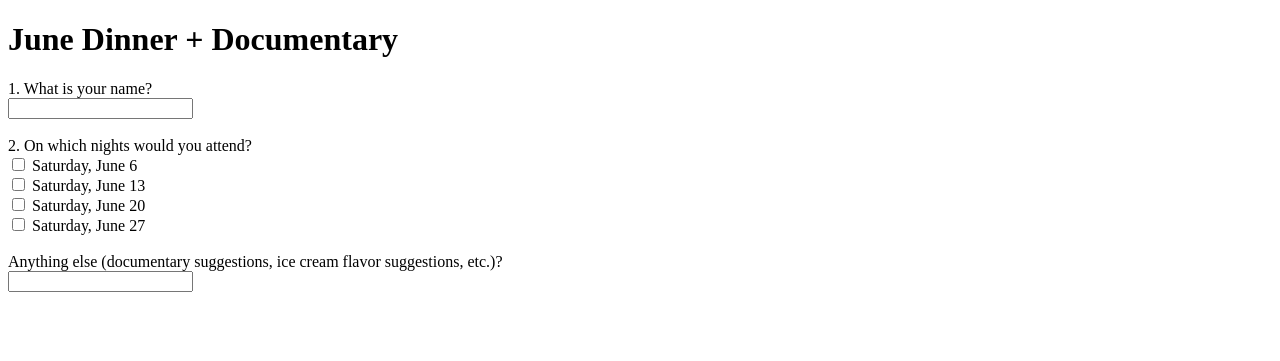
Repository: bhuhmann/event-survey
Page: survey.html
These files come from the project's save history. The page is drawn as it stood at one moment and after the next save; the edit follows.
The browser window is 1280 px wide. The pictures show the whole page.

Above is the page before, as saved 2020-03-31 19:14:16.

After the next save:
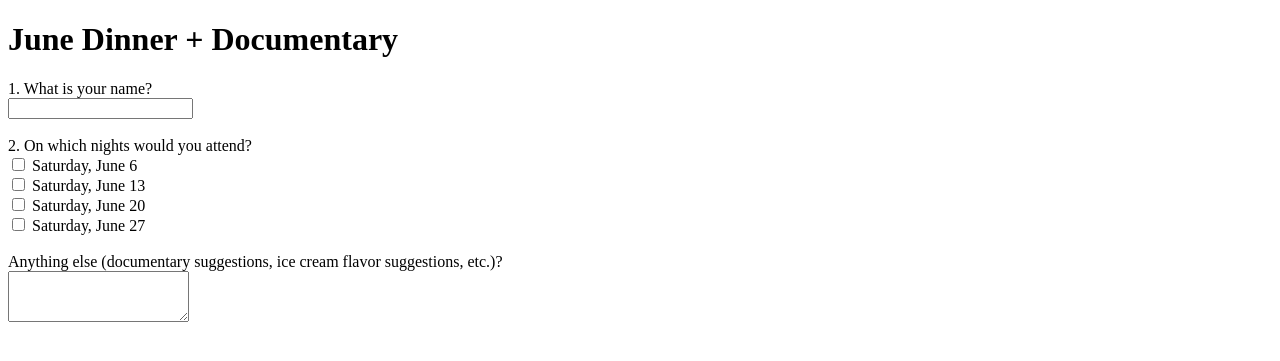
Saved 26 s later.
--- a/survey.html
+++ b/survey.html
@@ -37,7 +37,7 @@
             <br>
             <label for="anything">Anything else (documentary suggestions, ice cream flavor suggestions, etc.)?</label>
             <br>
-            <input for="anything" type="textarea" name="free-response" rows=3 cols=20>
+            <textarea for="anything" type="textarea" name="free-response" rows=3 cols=20></textarea>
             <!--Submission button-->
         </form>
     </body>
